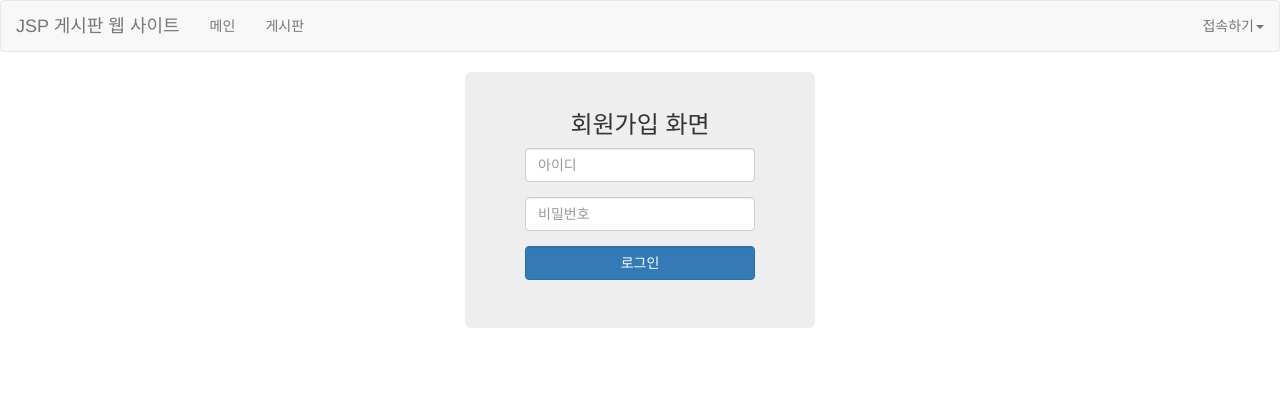
Repository: MinKyeong031/NoticeBoard-JSP-
Page: http://localhost/text/join.jsp
The author's editor kept a copy of each file at every save. The page is drawn from the files as they stood at one save, then again after the next save.
The browser window is 1280 px wide. The pictures show the whole page.
Some web libraries are served in a nearby version. The page is served by Tomcat 9. Other server files are loaded and not shown.

Above is the page before, as saved 2020-10-05 00:31:41.

### WS/text/WebContent/join.jsp
<%@ page language="java" contentType="text/html; charset=UTF-8"
	pageEncoding="UTF-8"%>
<!DOCTYPE html>
<html>
<head>
<meta charset="UTF-8">
<meta  name = "viewport" content = "width=device-width" initial-scale = "1"/>
<link rel = "stylesheet" href = "css/bootstrap.css">
<title>JSP 게시판 웹사이트</title>
</head>
<body>
	<nav class="navbar navbar-default">
		<div class="navbar-header">
			<button type="button" class="navbar-toggle collapsed"
				data-toggle="collapse" data-target="#bs-exanple-navbar-collapse-1"
				aria-expanded="false">
				<span class="icon-bar"></span> <span class="icon-bar"></span> <span
					class="icon-bar"></span>
			</button>
			<a href="main.jsp" class="navbar-brand">JSP 게시판 웹 사이트</a>
		</div>
		<div class="collapse navbar-collapse"
			id="bs-exanple-navbar-collapse-1">
			<ul class="nav navbar-nav">
				<li><a href="main.jsp">메인</a></li>
				<li><a href="bbs.jsp">게시판</a></li>
			</ul>
			<ul class="nav navbar-nav navbar-right">
				<li class="dropdown"><a href=".jsp" class="dropdown-toggle"
					data-toggle="dropdown" role="button" aria-haspopup="true"
					aria-expanded="false">접속하기<div class="caret"></div>
				</a></li>
				<ul class="dropdown-menu">
					<li class="active"><a href="login.jsp">로그인</a></li>
					<li><a href="join.jsp">회원가입</a></li>
				</ul>
			</ul>
		</div>
	</nav>
	<div class="container">
		<div class="col-lg-4"></div>
		<div class="col-lg-4">
			<div class = "jumbotron" style = "padding-top : 20px">
				<form action = "joinAction.jsp" method = "post">
					<h3 style = "text-align: center;">회원가입 화면</h3>
					<div class = "form-group">
						<input type = "text" class = "form-control" placeholder = "아이디" name = "userID" maxlength = "20"/>
					</div>
					<div class = "form-group">
						<input type = "password" class = "form-control" placeholder = "비밀번호" name = "userPassword" maxlength = "20"/>
					</div>
					<input type = "submit" class = "btn btn-primary form-control" value = "로그인"/>
				</form>
			</div>
		</div>
	</div>
	<script src = "https://code.jquery.com/jquery-3.1.1.min.js"></script>
	<script src = "js/bootstrap.js"></script>
</body>
</html>

Loaded but not shown: WS/text/WebContent/css/bootstrap.css (library); WS/text/WebContent/js/bootstrap.js (library)

After the next save:
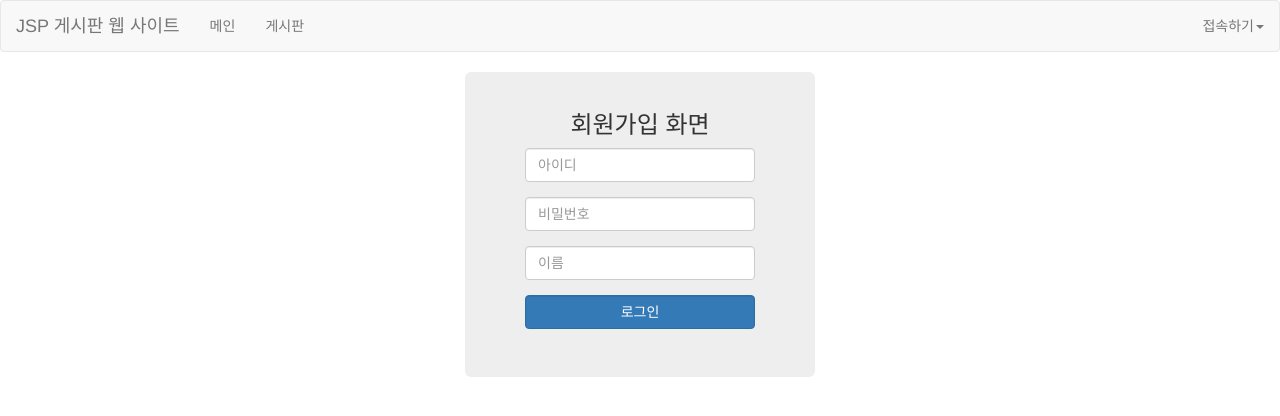
Saved 3 min 23 s later.
--- a/WS/text/WebContent/join.jsp
+++ b/WS/text/WebContent/join.jsp
@@ -49,6 +49,12 @@
 					<div class = "form-group">
 						<input type = "password" class = "form-control" placeholder = "비밀번호" name = "userPassword" maxlength = "20"/>
 					</div>
+					<div class = "form-group">
+						<input type = "text" class = "form-control" placeholder = "이름" name = "userName" maxlength = "20"/>
+					</div>
+					<div class = "form-group" style = "text-align: center;">
+
+					</div>
 					<input type = "submit" class = "btn btn-primary form-control" value = "로그인"/>
 				</form>
 			</div>
